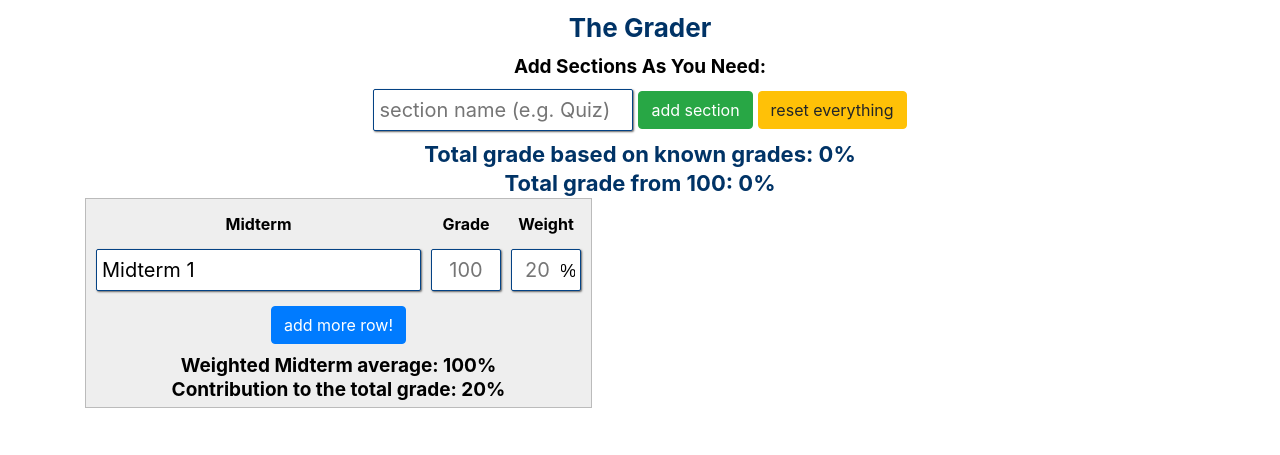
Repository: BarishNamazov/BarishNamazov.github.io
Page: thegrader/index.html
An editor plug-in stored every save of this project. The page is shown before and after a run of saves, followed by the edit.
The browser window is 1280 px wide. The pictures show the whole page.

Above is the page before, as saved 2020-10-31 19:49:08.

### thegrader/index.html
<!doctype html>
<html lang="en">
  <head>
    <meta charset="utf-8">
    <meta name="viewport" content="width=device-width, initial-scale=1, shrink-to-fit=no">

    <!-- Bootstrap CSS -->
    <link rel="stylesheet" href="https://cdn.jsdelivr.net/npm/bootstrap@4.5.3/dist/css/bootstrap.min.css" integrity="sha384-TX8t27EcRE3e/ihU7zmQxVncDAy5uIKz4rEkgIXeMed4M0jlfIDPvg6uqKI2xXr2" crossorigin="anonymous">

    <!-- Custon CSS -->
    <link rel="stylesheet" href="app.css">

    <title>The Grader</title>
  </head>
  <body>
    <div class="container">
      <div class="row">
        <div class="col-lg-12">
          <h1>The Grader</h1>

          <h3>Add Sections As You Need:</h3>

          <div class="divSectionAdder">
            <input type="text" class="sectionName" placeholder="section name (e.g. Quiz)"><button valign="center" class="btn btn-success sectionAdder" id="sectionAdder">add section</button><button style="margin-left: 5px" valign="center" class="btn btn-warning resetter">reset everything</button>
          </div>

          <div id="totalGrade">
            <h2>Total grade based on known grades: <span class="onlyKnownGrades">0</span>%</h2>
            <h2>Total grade from 100: <span class="totalGrade">0</span>%</h2>
          </div>

          <table class="gradePanel">
            <tbody>
              <tr>
                <td>
                  <table>
                    <tbody>
                      <tr class="rowHeader">
                        <td class="tableHeader tableName"><strong>Midterm</strong></td>
                        <td class="tableHeader"><strong>Grade</strong></td>
                        <td class="tableHeader"><strong>Weight</strong></td>
                      </tr>
                      <tr>
                        <td><input type="text" class="gradeName" value="Midterm 1"></td>
                        <td><input type="text" class="gradeValue" placeholder="100"></td>
                        <td><input type="text" class="gradeWeight percentIcon" placeholder="20"></td>
                      </tr>
                    </tbody>
                  </table>

                  <div class="moreRows"></div>

                  <button class="btn btn-primary rowAdder" id="section1RowAdder">add more row!</button>

                  <div class="gradeBar">
                    <h3>
                      Weighted <span class="nameOfSection">Midterm</span> average: <span class="sectionAverage">100</span>%
                      <br>
                      Contribution to the total grade: <span class="sectionContribution">20</span>%
                      <div class="failSafe">
                        You might have some errors while entering the grades and weights as numbers. Those grades are ignored.
                      </div>
                    </h3>
                  </div>

                </td>
              </tr>
            </tbody>
          </table>
          <div class="moreSections"></div>
        </div>
      </div>
    </div>



    <script src="https://code.jquery.com/jquery-3.5.1.slim.min.js" integrity="sha384-DfXdz2htPH0lsSSs5nCTpuj/zy4C+OGpamoFVy38MVBnE+IbbVYUew+OrCXaRkfj" crossorigin="anonymous"></script>
    <script src="https://cdn.jsdelivr.net/npm/bootstrap@4.5.3/dist/js/bootstrap.bundle.min.js" integrity="sha384-ho+j7jyWK8fNQe+A12Hb8AhRq26LrZ/JpcUGGOn+Y7RsweNrtN/tE3MoK7ZeZDyx" crossorigin="anonymous"></script>
    <script src="https://code.jquery.com/jquery-3.5.1.min.js" integrity="sha256-9/aliU8dGd2tb6OSsuzixeV4y/faTqgFtohetphbbj0=" crossorigin="anonymous"></script>
    <script src="scripts.js"></script>
  </body>
</html>

### thegrader/app.css
body,p,td,div,input,th,li,textarea{font-size:16px;color:#000;}

body{background:#fff;margin:0px;padding:0px;border:0;text-align: center;}

h1 {
  text-align: center;
  color: blue;
}
.divSectionAdder{
  margin: 10px auto;
  display: flex;
  align-items: center;
  justify-content: center;
}
.sectionName{
  margin-right: 5px;
  width: 260px;
}
.gradePanel{
	background:#eee;
	border: solid 1px #bbbbbb;
  padding: 10px;
  margin-bottom: 10px;
  width: 40%;
}
.failSafe{
  color: rgb(122, 5, 5);
  display: none;
}
td{
  padding: 5px;
}

h1{color:#003366;font-size:26px;font-weight:bold;padding:0;margin:12px 0;}
#resulth1{background-color:#ffefe7;padding:0px 5px 0px 5px;border-top:#930 1px dotted;}
h2{font-size:22px;font-weight:bold;color:#003366;padding:0; margin-bottom: 2px;}
h3{font-size:19px;font-weight:bold;}
hr{border:0;color:#aaa;background-color:#aaa;height:1px;}
a{color:#069;text-decoration:underline;}
a:hover{text-decoration:none;}
input{padding: 5px;color:#000;}
select{padding: 4px;color:#000;}
option{font-size:16px;}
input[type=text],
input[type=number],
select {
	border: 1px solid #044284;
	border-radius: 2px;
	box-shadow: 1px 1px 2px #666;
	font-size:20px;
}

.tableHeader{
  text-align: center;
}
.rowHeader{
  height: 40px;
}
.gradeWeight, .gradeValue{
  text-align:center;
  width: 70px;
}
.percentIcon{
	background: white url('media/percent.svg') right 5px center no-repeat;
  padding-right: 22px;
}
.rowAdder{
  margin: 10px auto;
}
h3{
  display: inline;
}

### thegrader/scripts.js
var newRow = "<table><tbody><tr><td><input type=\"text\" class=\"gradeName\" value=\"Midterm X\" autocomplete=\"off\"></td><td><input type=\"text\" class=\"gradeValue\"></td><td><input type=\"text\" class=\"gradeWeight percentIcon\"></td></tr></tbody></table>\n ";

var newSection = "<table class=\"gradePanel\"> <tbody> <tr> <td> <table> <tbody> <tr class=\"rowHeader\"> <td class=\"tableHeader tableName\"><strong>Midterm</strong></td> <td class=\"tableHeader\"><strong>Grade</strong></td> <td class=\"tableHeader\"><strong>Weight</strong></td> </tr> <tr> <td><input type=\"text\" class=\"gradeName\" value=\"Midterm 1\" autocomplete=\"off\"></td> <td><input type=\"text\" class=\"gradeValue\" placeholder=\"100\"></td> <td><input type=\"text\" class=\"gradeWeight percentIcon\" placeholder=\"20\"></td> </tr> </tbody> </table> <div class=\"moreRows\"></div> <button class=\"btn btn-primary rowAdder\">add more row!</button>  <div class=\"gradeBar\"> <h3> Weighted <span class=\"nameOfSection\">Midterm</span> average: <span class=\"sectionAverage\">100</span>% <br> Contribution to the total grade: <span class=\"sectionContribution\">20</span>% <div class=\"failSafe\"> You might have some errors while entering the grades and weights as numbers. Those grades are ignored. </div> </h3> </div>  </td> </tr> </tbody> </table>";

$(".resetter").on("click", function(){
  location.reload(true);
});
$(".failSafe").hide();

if (!String.prototype.splice) {
  String.prototype.splice = function(start, delCount, newSubStr) {
      return this.slice(0, start) + newSubStr + this.slice(start + Math.abs(delCount));
  };
}

var sectionCount = 1;

function rowAdder(){
  var idx = $(this).parents(".gradePanel").find("table").length + 1;
  var namePanel = $(this).parents(".gradePanel").find(".tableName").text();
  var editedRow = newRow.replace("Midterm X", namePanel + " " + idx);
  $(this).parents(".gradePanel").find(".moreRows").before(editedRow);
  $(".gradeValue").change(updateSectionGrade);
  $(".gradeWeight").change(updateSectionGrade);
}
$(".rowAdder").on("click", rowAdder);

function sectionAdder(dir){
  var x = (typeof dir == "string") ? $(dir) : $(this);
  var sectionInputName = $(".sectionName").val();
  if (!sectionInputName) return;
  var editedSection = newSection.replaceAll("Midterm", sectionInputName);
  $(".moreSections").before(editedSection);
  $(".rowAdder").eq(sectionCount++).on("click", rowAdder);
  $(".sectionName").val(null);
  $(".gradeValue").change(updateSectionGrade);
  $(".gradeWeight").change(updateSectionGrade);
}


$(".sectionAdder").on("click", sectionAdder);
$(".sectionName").on("keypress", function(e) {
  if (e.which == 13) {
    sectionAdder(".sectionName");
  }
})

function updateSectionGrade() {
  var section = $(this).parents(".gradePanel");
  var grades = section.find(".gradeValue"), weights = section.find(".gradeWeight");
  var contribution = 0.0, failSafe = 0, weightSum = 0.0, sectionAverage = 0.0;
  section.find("input").attr("placeholder", "");
  for (var i = 0; i < grades.length; i++) {
    if (Number(grades[i].value) && Number(weights[i].value)) {
      weightSum += Number(weights[i].value);
      contribution += Number(grades[i].value) * Number(weights[i].value) / 100.0;
    } else if (isNaN(Number(grades[i].value)) || isNaN(Number(weights[i].value))) {
      failSafe = 1;
    }
  }
  for (var i = 0; i < grades.length; i++) {
    if (Number(grades[i].value) && Number(weights[i].value)) {
      sectionAverage += Number(grades[i].value) * Number(weights[i].value) / weightSum;
    }
  }
  if (failSafe) {
    section.find(".failSafe").show();
  } else {
    section.find(".failSafe").hide();
  }
  section.find(".sectionContribution").text(contribution.toFixed(2));
  section.find(".sectionAverage").text(sectionAverage.toFixed(2));
}
function calculateTotalGrade() {
  var grades = $(document).find("gradeValue"), weights = $(document).find("gradeWeight");
  var totalGrade = 0.0, failSafe = 0, weightSum = 0.0, onlyKnownGrades = 0.0;
  for (var i = 0; i < grades.length; i++) {
    if (Number(grades[i].value) && Number(weights[i].value)) {
      weightSum += Number(weights[i].value);
      totalGrade += Number(grades[i].value) * Number(weights[i].value) / 100.0;
    } else if (isNaN(Number(grades[i].value)) || isNaN(Number(weights[i].value))) {
      failSafe = 1;
    }
  }
  if (failSafe) {
    $("#totalGrade").find(".failSafe").show();
  } else {
    $("#totalGrade").find(".failSafe").hide();
  }
  for (var i = 0; i < grades.length; i++) {
    if (Number(grades[i].value) && Number(weights[i].value)) {
      onlyKnownGrades += Number(grades[i].value) * Number(weights[i].value) / weightSum;
    }
  }
  $("#totalGrade").find(".totalGrade").text(totalGrade.toFixed(2));
  $("#totalGrade").find(".onlyKnownGrades").text(onlyKnownGrades.toFixed(2));
}
$(".gradeValue").change(updateSectionGrade);
$(".gradeWeight").change(updateSectionGrade);

After the next 2 saves:
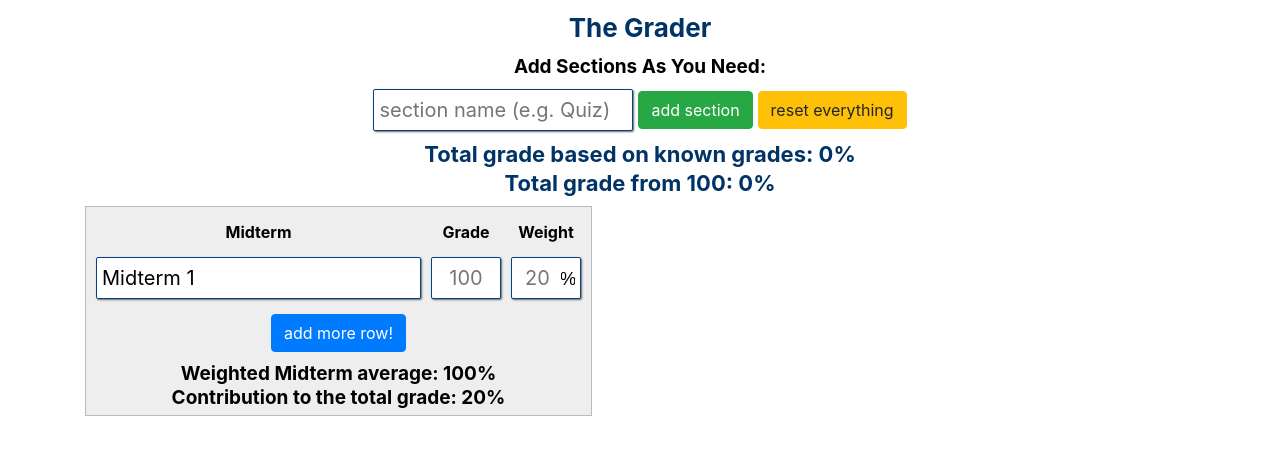
The 2 saves are shown as one change because they came seconds apart.
The last was saved 33 s later.
--- a/thegrader/index.html
+++ b/thegrader/index.html
@@ -26,7 +26,7 @@
 
           <div id="totalGrade">
             <h2>Total grade based on known grades: <span class="onlyKnownGrades">0</span>%</h2>
-            <h2>Total grade from 100: <span class="totalGrade">0</span>%</h2>
+            <h2 style="margin-bottom: 10px;">Total grade from 100: <span class="totalGrade">0</span>%</h2>
           </div>
 
           <table class="gradePanel">
